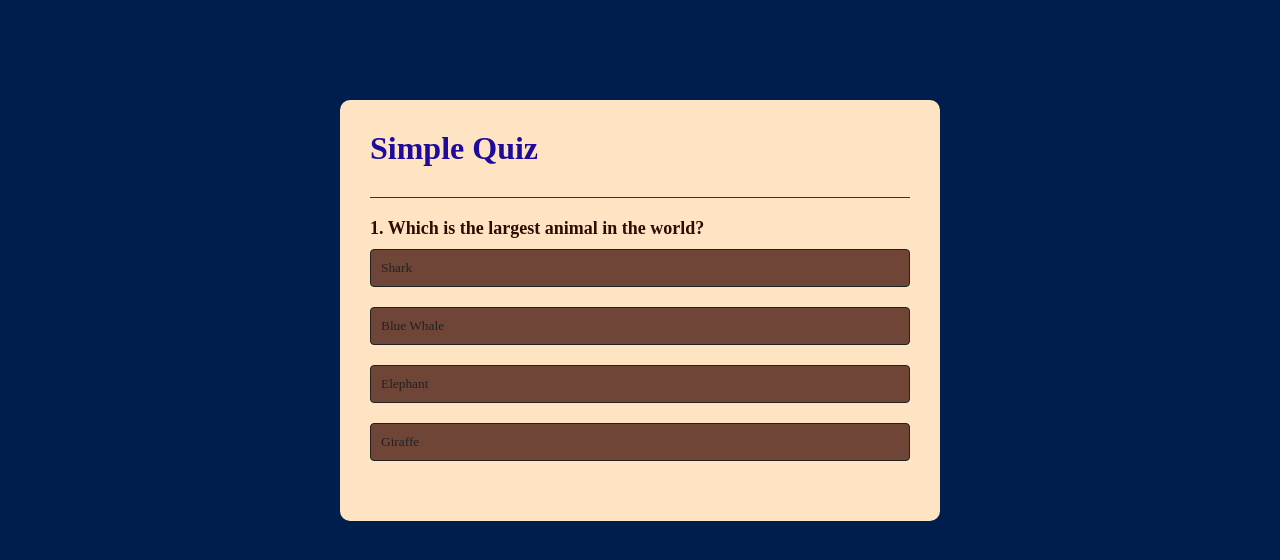
Repository: supriya123yadav/Quiz-project
Page: index.html
An editor plug-in stored every save of this project. The page is shown before and after the next save, followed by the edit.
The browser window is 1280 px wide. The pictures show the whole page.

Above is the page before, as saved 2024-07-11 10:27:08.

### index.html
<!DOCTYPE html>
<html lang="en">

<head>
    <meta charset="UTF-8">
    <meta name="viewport" content="width=device-width, initial-scale=1.0">
    <title>Quiz App - Easy Tutorials</title>
    <link rel="stylesheet" href="style.css">
</head>

<body>
    <div class="app">
        <h1>Simple Quiz</h1>
        <div class="quiz">
            <h2 id="question">Question goes here</h2>
            <div id="answer-buttons">
                <button class="btn">Answer 1</button>
                <button class="btn">Answer 2</button>
                <button class="btn">Answer 3</button>
                <button class="btn">Answer 4</button>
            </div>
            <button id="next-btn">Next-btn</button>

        </div>


    </div>
<script src="script.js"></script>
</body>

</html>

### style.css
* {
    margin: 0px;
    padding: 0px;
    font-family: serif;
    box-sizing: border-box;

}
body{
    background: #001e4d;
}
.app{
    background:bisque;
    width: 90%;
    max-width: 600px;
    margin: 100px auto 0;
    border-radius: 10px;
    padding: 30px;

}
.app h1{
   font-weight: 25px;
   color: rgb(30, 11, 157);
   font-weight: 600px;
   border-bottom: 1px solid #333;
   padding-bottom: 30px;
}
.quiz{
    padding: 20px 0;

}
.quiz h2{
    font-size: 18px;
    color: rgb(44, 13, 2);
    font-weight: 600;

}
.btn{
    background: rgb(110, 69, 54);
    color: #222;
    font-weight: 500;
    width: 100%;
    border: 1px solid #222;
    padding: 10px;
    margin: 10px 0;
    text-align: left;
    border-radius: 4px;
    cursor: pointer;
}
.btn:hover{
    background: rgb(202, 194, 194);
    color: white;
}
#next-btn{
    background: #43261f;
    color: #fff;
    font-weight: 500;
    width: 150px;
    border: 0;
    padding: 10px;
    margin: 20px auto 0;
    cursor: pointer;
    display: none;

}
.correct{
    background: #9aeabc;
}
.incorrect{
    background: #ff9393;
}

### script.js
const questions = [
    {
       question: "Which is the largest animal in the world?",
       answers: [
        { text: "Shark", correct: false},
        { text: "Blue Whale", correct: true},
        { text: "Elephant", correct: false},
        { text: "Giraffe", correct: false},

       ]

    },
    {
        question: "Which is the smallest country in the world?",
        answers: [
         { text: "Vatican City", correct: true},
         { text: "Bhutan", correct: false},
         { text: "Nepal", correct: false},
         { text: "Sri Lanka", correct: false},

        ]
     },
     {
        question: "Which is the largest desert in the world?",
        answers: [
         { text: "Kalahari", correct: false},
         { text: "Gobi", correct: false},
         { text: "Sahara", correct: false},
         { text: "Antarctica", correct: true},

        ]
     },
     {
        question: "Which is the smallest continent in the world?",
        answers: [
         { text: "Asia", correct: false},
         { text: "Australia", correct: true},
         { text: "Arctic", correct: false},
         { text: "Africa", correct: false},

        ]
     }

];

const questionElement = document.getElementById("question");
const answerButtons = document.getElementById("answer-buttons");
const nextButton = document.getElementById("next-btn");

let currentQuestionIndex = 0;
let score = 0;

function startQuiz(){
    currentQuestionIndex = 0;
    score = 0;
    nextButton.innerHTML = "Next";
    showQuestion();
}
function showQuestion(){
   resetState();
    let currentQuestion = questions[currentQuestionIndex];
    let questionNo = currentQuestionIndex + 1;
    questionElement.innerHTML = questionNo + ". " + currentQuestion.question;

    currentQuestion.answers.forEach(answer =>{
      const button = document.createElement("button");
      button.innerHTML = answer.text;
      button.classList.add("btn");
      answerButtons.appendChild(button);
      if(answer.correct){
         button.dataset.correct = answer.correct;
      }
      button.addEventListener("click",selectAnswer);
    });

}

function resetState(){
   nextButton.style.display = "none";
   while(answerButtons.firstChild){
      answerButtons.removeChild(answerButtons.firstChild);
   }
}
function selectAnswer(e){
   const selectedBtn = e.target;
   const isCorrect = selectedBtn.dataset.correct === "true"
   if(isCorrect){
      selectedBtn.classList.add("correct");

   }
   else{
      selectedBtn.classList.add("incorrect");
   }
}

startQuiz();

After the next save:
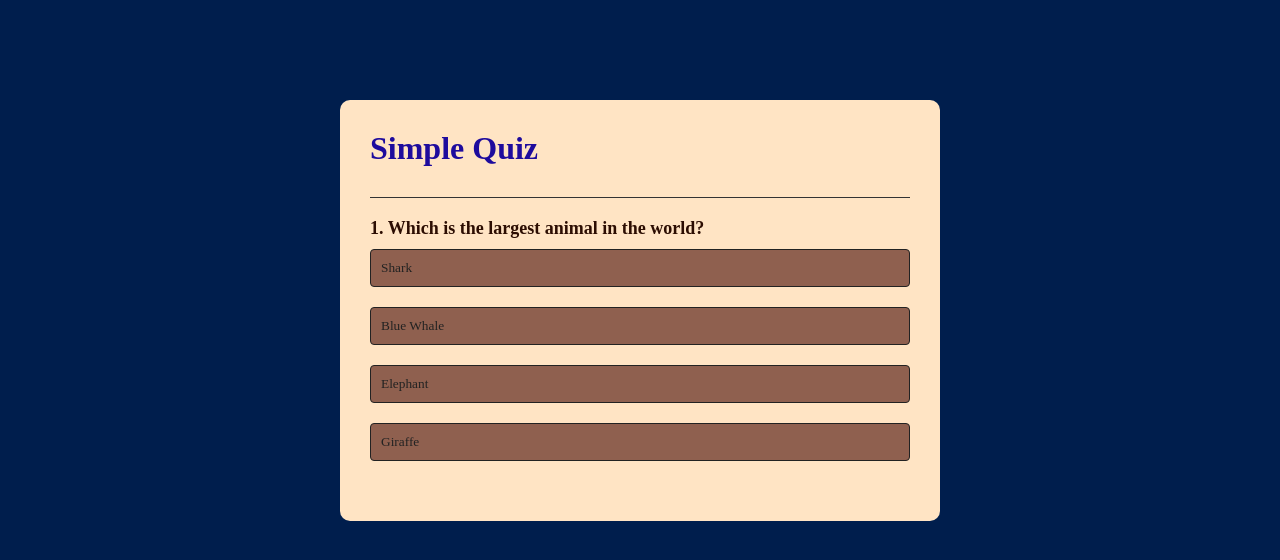
Saved 37 s later.
--- a/style.css
+++ b/style.css
@@ -35,7 +35,7 @@ body{
 
 }
 .btn{
-    background: rgb(110, 69, 54);
+    background: rgb(143, 96, 79);
     color: #222;
     font-weight: 500;
     width: 100%;
